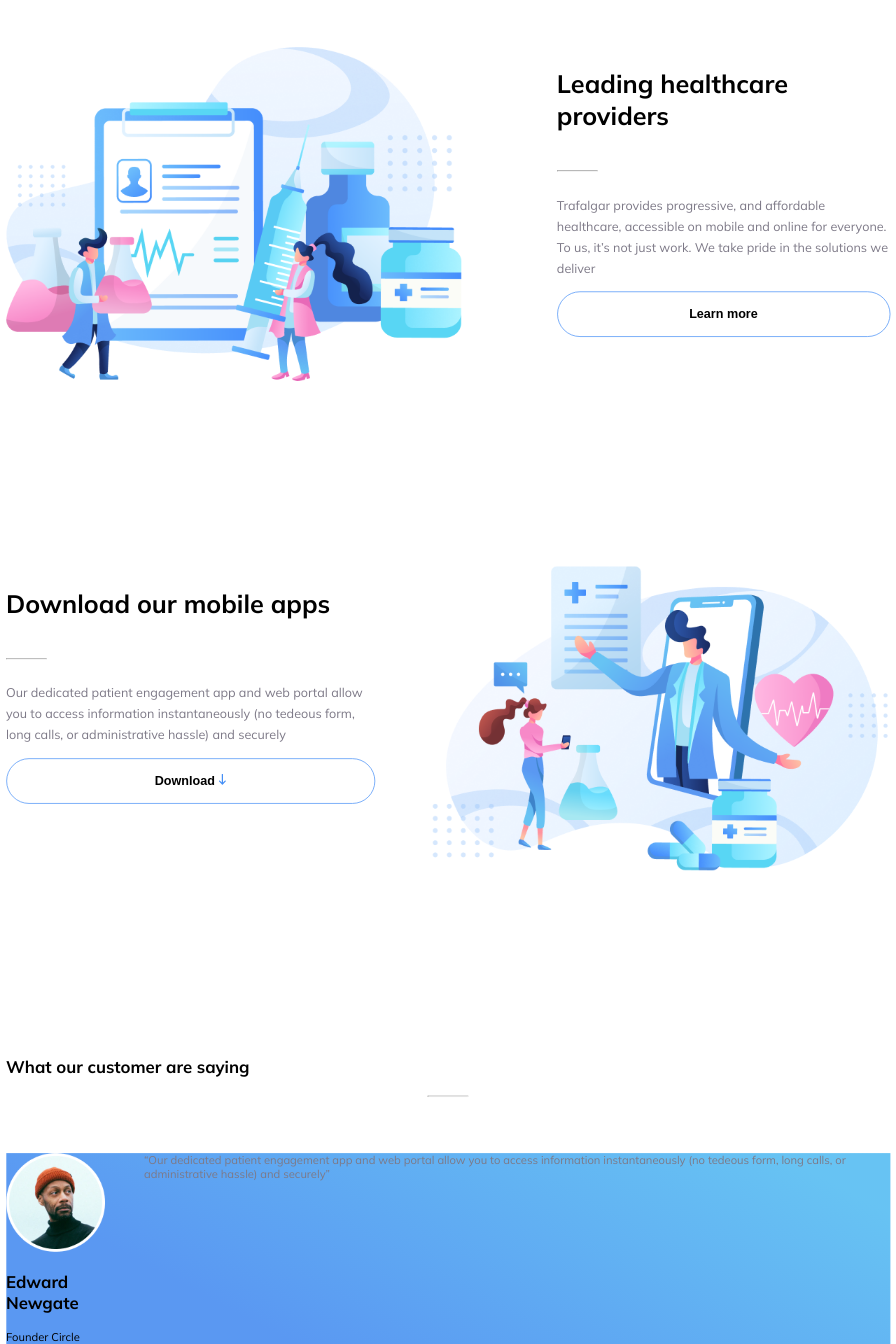
Repository: ivan-developer-01/trafalgar-layout
Page: index.html
These files come from the project's save history. The page is drawn as it stood at one moment and after the next save; the edit follows.
The browser window is 1280 px wide. The pictures show the part of the page from y = 2136 to 4056 px (the page is 4056 px tall), at 70% of full size.

Above is the page before, as saved 2024-11-08 15:22:03.

After the next save:
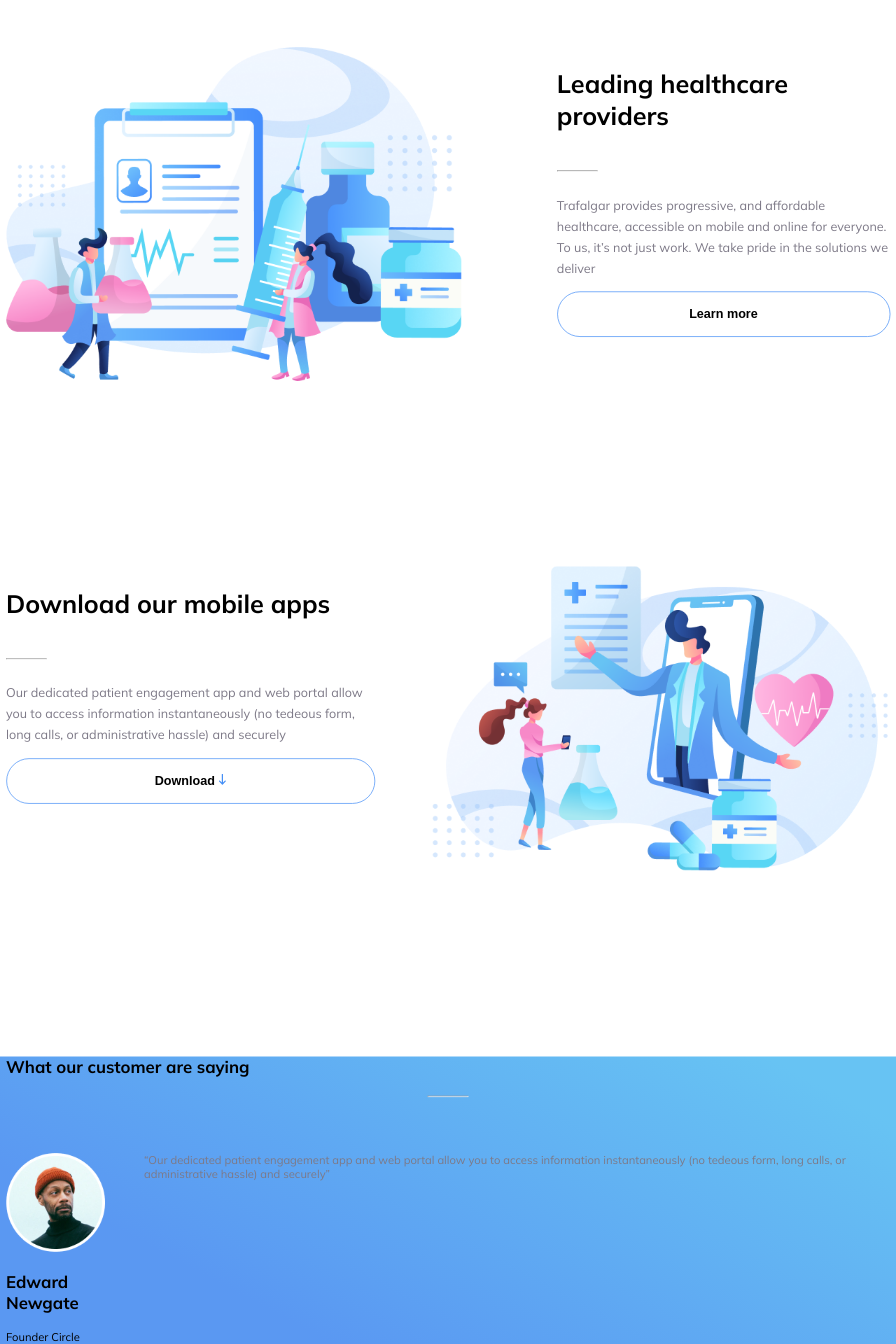
Saved 7 s later.
--- a/style.css
+++ b/style.css
@@ -230,10 +230,10 @@ p {
 /* reviews */
 .reviews {
 	margin-top: 266px;
+	background: linear-gradient(208.18deg, #67C3F3 9.05%, #5A98F2 76.74%);
 }
 
 .review-slider {
-	background: linear-gradient(208.18deg, #67C3F3 9.05%, #5A98F2 76.74%);
 }
 
 .review-slider .review {
